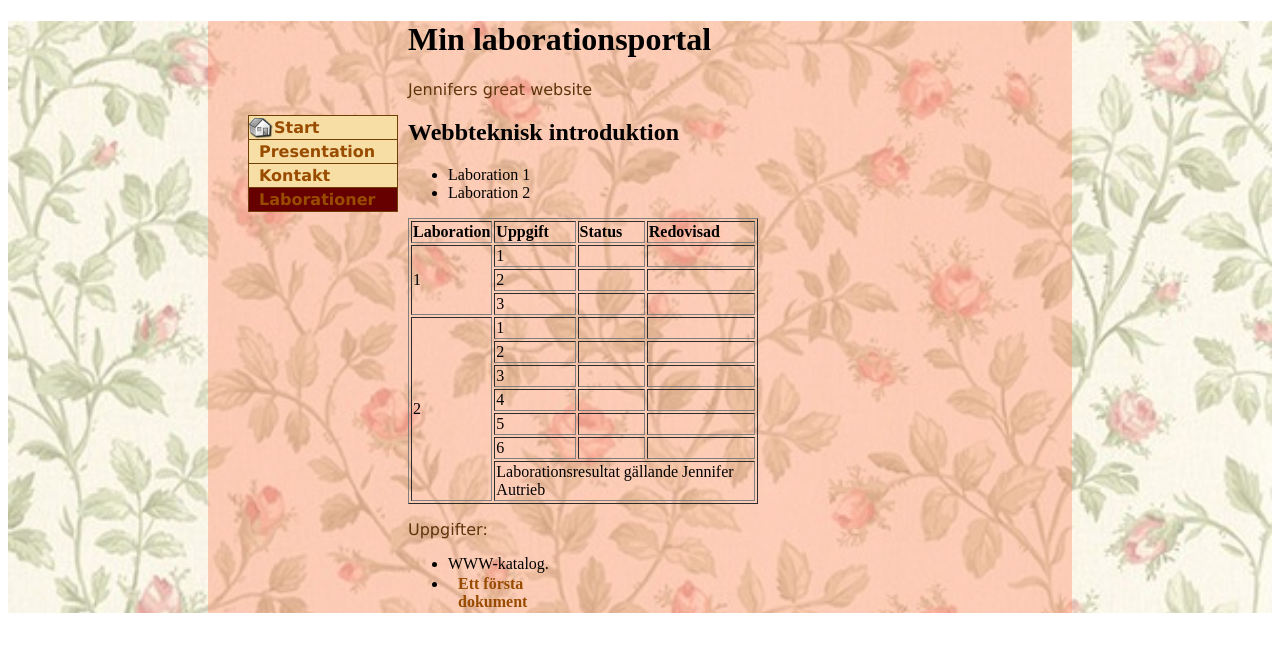
Repository: JeAut/1ik415-JeAut-laborationer
Page: WWW/pages/laborationer.html
The author's editor kept a record of every edit. The page is drawn from the files as they stood at one moment, then again after the next edit.
The browser window is 1280 px wide. The pictures show the whole page.

Above is the page before.

After the next edit:
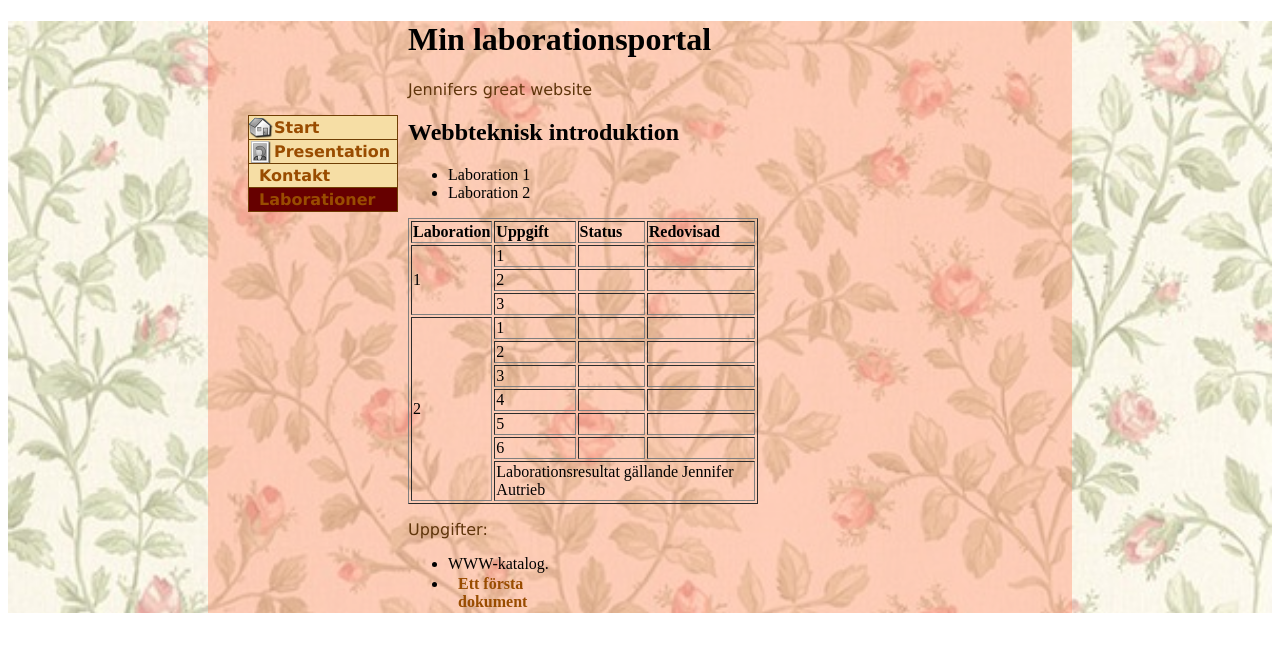
The edit:
--- a/WWW/pages/laborationer.html
+++ b/WWW/pages/laborationer.html
@@ -22,7 +22,7 @@
             <li><a href="../../index.html" class="buttonstart"> Start</a></li>
             </div>
             <div id="ulsidemenu2">
-            <li><a href="Presentation.html"> Presentation</a></li>
+            <li><a href="Presentation.html" class="buttonpresent"> Presentation</a></li>
             </div>
             <div id="ulsidemenu2">
             <li><a href="kontakt.html"> Kontakt</a></li>
